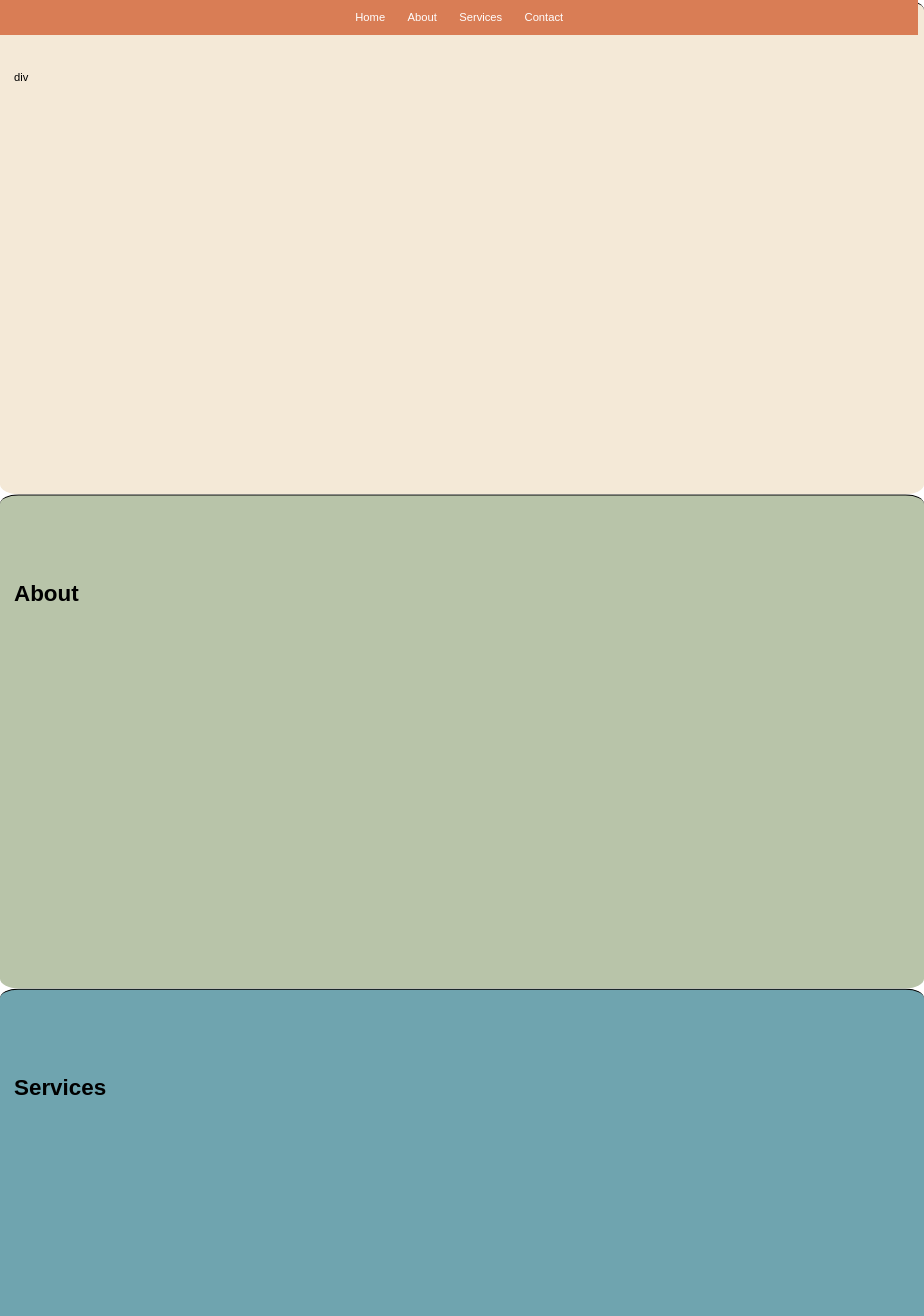
Repository: danichimescu/tema_unu_
Page: index.html
The author's editor kept a copy of each file at every save. The page is drawn from the files as they stood at one save, then again after the next save.
The browser window is 1280 px wide. The page is 1320 px wide, so the pictures cover 1320 px, including what lies to the right of the window. The pictures show the part of the page from y = 0 to 1880 px (the page is 2824 px tall), at 70% of full size.

Above is the page before, as saved 2025-10-06 02:01:41.

### index.html
<!DOCTYPE html>
<html lang="en">
<head>
  <meta charset="UTF-8">
  <meta name="viewport" content="width=device-width, initial-scale=1.0">
  <title>Document</title>
</head>
<body>

</body>
</html>

<!DOCTYPE html>
<html lang="en">
<head>
  <meta charset="UTF-8" />
  <meta name="viewport" content="width=device-width, initial-scale=1.0" />
  <title>Sovis Print</title>
  <script src="main.js" defer></script>
  <link rel="stylesheet" href="style.css" />
</head>

<body>

  <nav>
    <a href="#home">Home</a>
    <a href="#about">About</a>
    <a href="#services">Services</a>
    <a href="#contact">Contact</a>
  </nav>

  <div id="home" class="section">
    div
  </div>
  <div id="about" class="section">
    <h1>About</h1>
  </div>
  <div id="services" class="section">
    <h1>Services</h1>
  </div>
  <div id="contact" class="section">
    <h1>Contact</h1>
  </div>

</body>

</html>

### style.css
/* ce e html? */
/* https://www.w3schools.com/cssref/pr_scroll-behavior.php#:~:text=This%20is%20default-,smooth,property%20to%20its%20default%20value. */

html {
    scroll-behavior: smooth;
}

body {
    font-family: sans-serif;
    margin: 0;
}

nav {
    position: fixed;
    top: 0;
    width: 100%;
    background: #D97D55;
    padding: 1rem;
    display: flex;
    justify-content: center;
    gap: 2rem;
}

nav a {
    color: white;
    text-decoration: none;
}

.section {
    padding: 100px 20px;
    /* margin-top: 60px; */
    height: 70vh;
    border-top: 2px solid black;
    width: 100%;
    border-radius: 2%;
}

#home {
    background: #F4E9D7;
}

#about {
    background: #B8C4A9;
}

#services {
    background: #6FA4AF;
}

#contact {
    background: #B18C6C;
}

Loaded but not shown: main.js (no stored copy; drawn as an empty file)

After the next save:
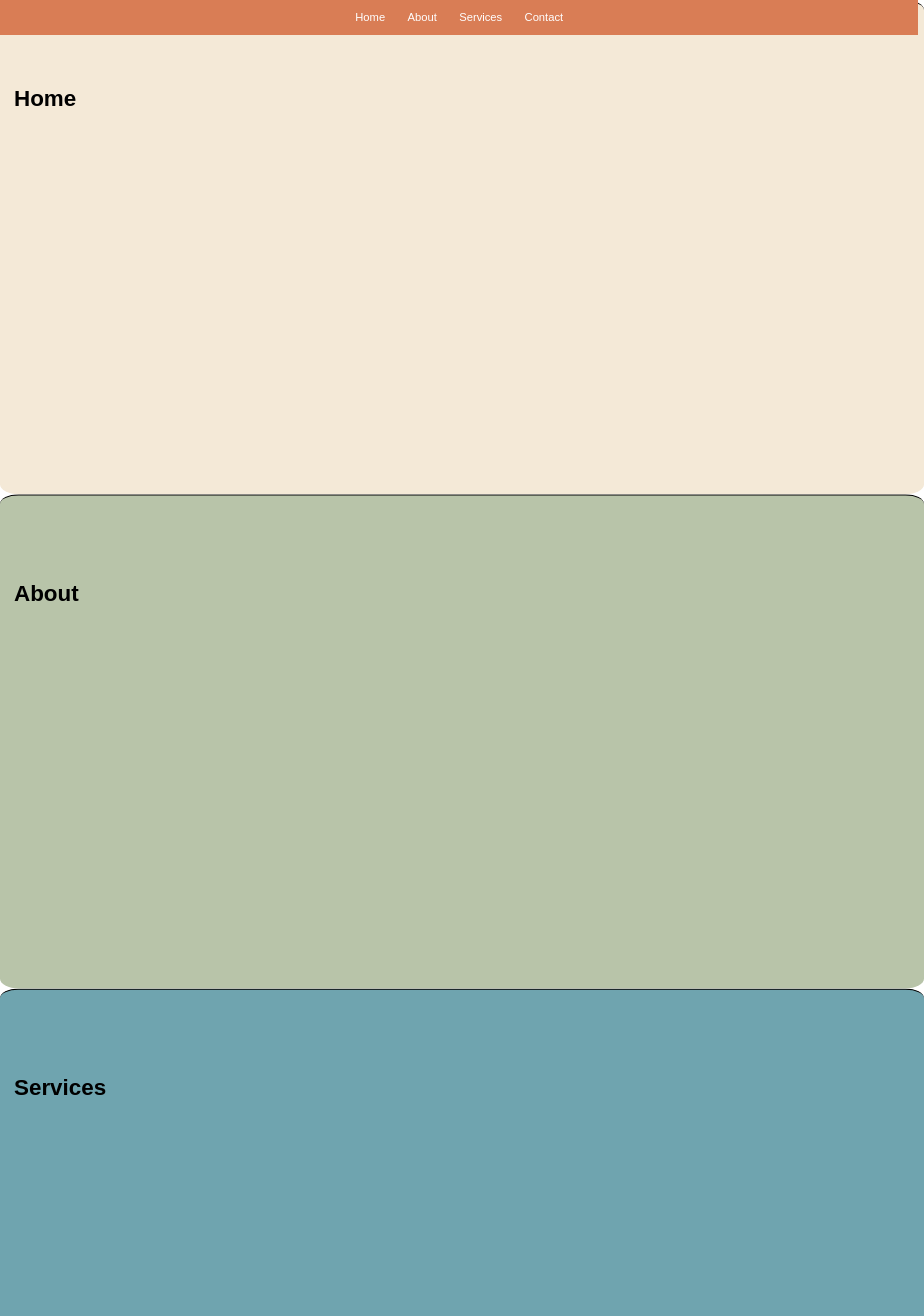
Saved 5 s later.
--- a/index.html
+++ b/index.html
@@ -30,7 +30,7 @@
   </nav>
 
   <div id="home" class="section">
-    div
+    <div><h1>Home</h1></div>
   </div>
   <div id="about" class="section">
     <h1>About</h1>
